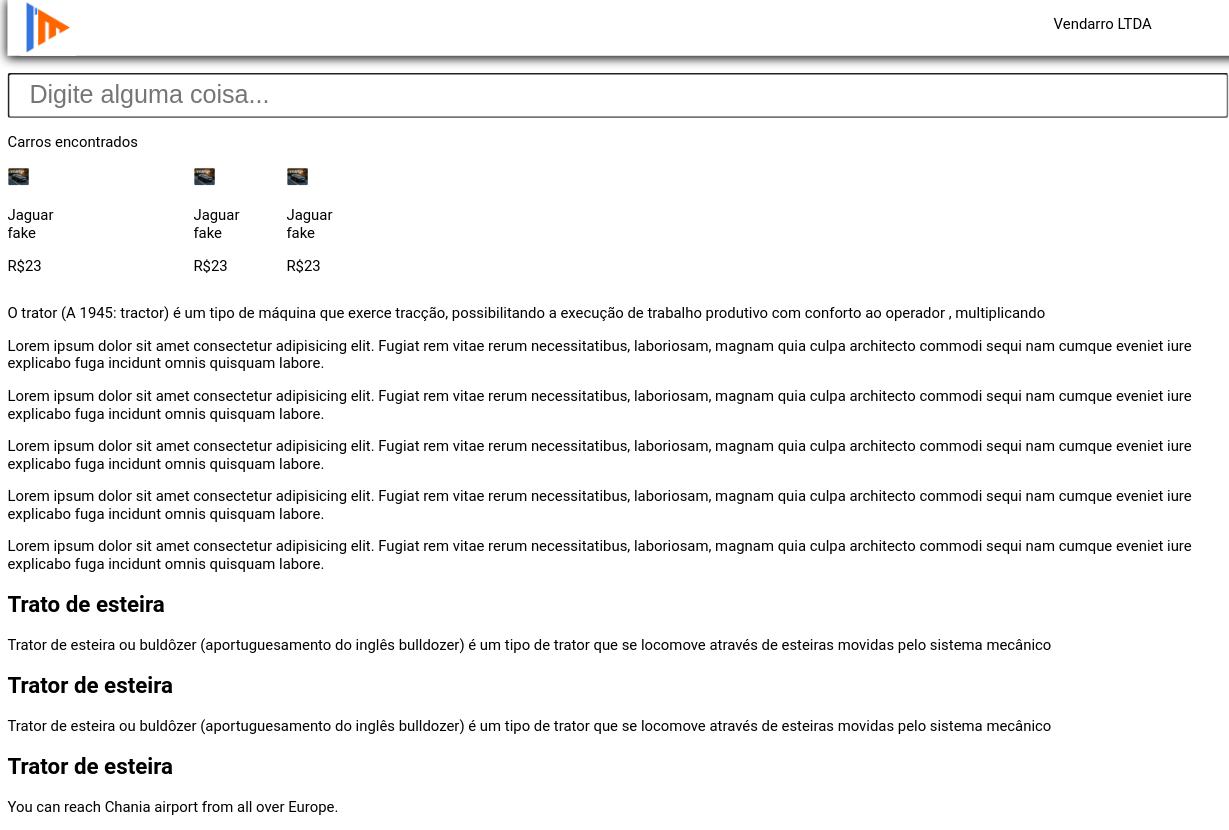
Repository: ecrseer/pesquisa-carros-html
Page: index.html
These files come from the project's save history. The page is drawn as it stood at one moment and after the next save; the edit follows.
The browser window is 1280 px wide. The page is 1321 px wide, so the pictures cover 1321 px, including what lies to the right of the window. The pictures show the whole page, at 93% of full size.

Above is the page before, as saved 2022-01-21 17:08:06.

After the next save:
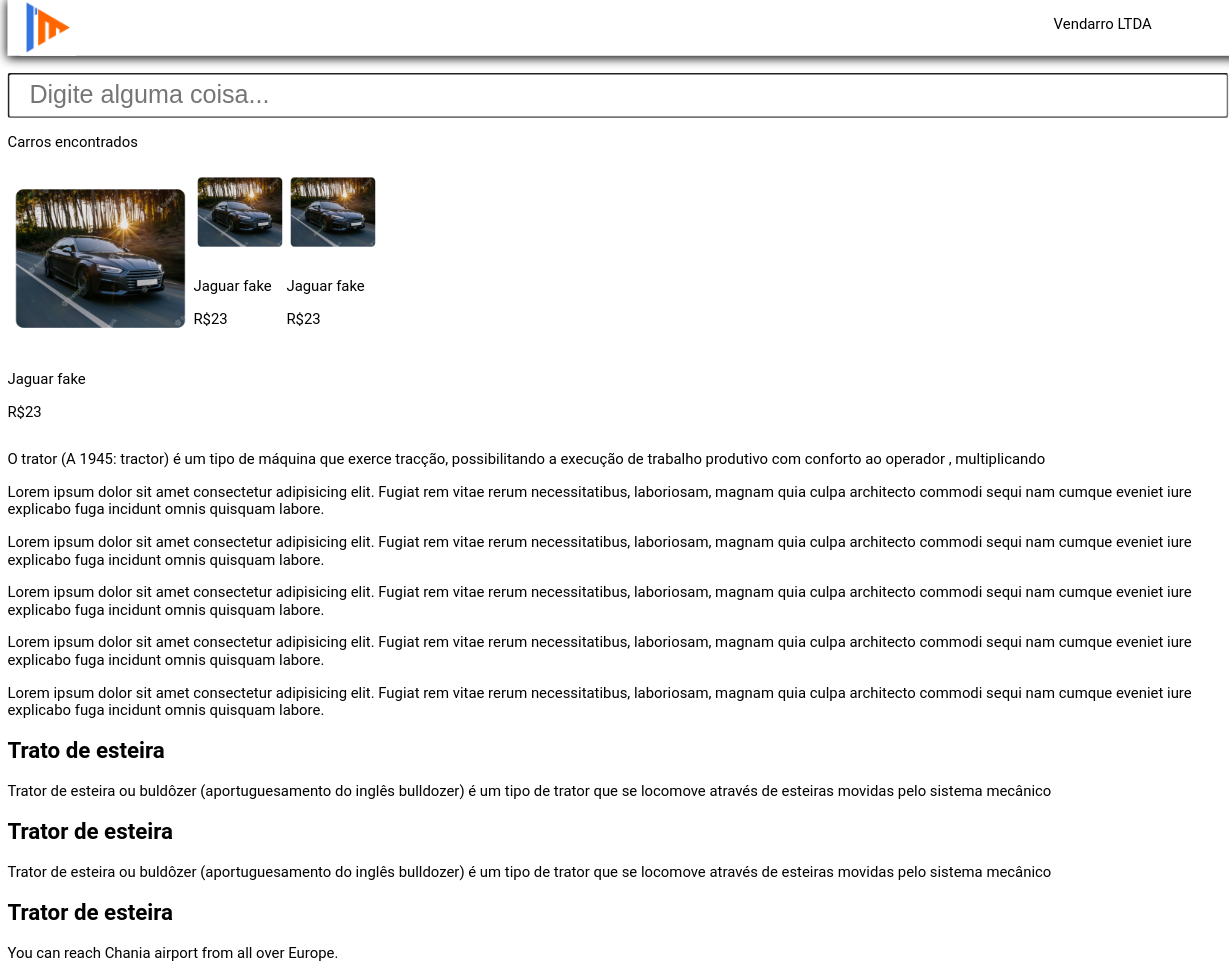
Saved 5 s later.
--- a/index.css
+++ b/index.css
@@ -41,5 +41,5 @@
     grid-template-columns: 200px repeat(auto-fill, 100px)
   }
   .card{
-    width: 24px;
+
   }
